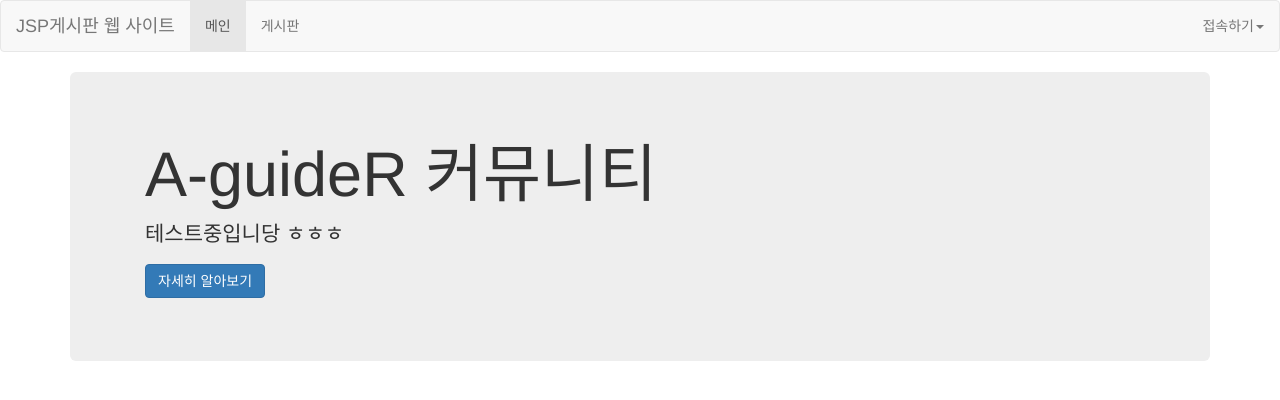
Repository: endol007/TripPuzzle
Page: http://localhost/BBS/main.jsp
An editor plug-in stored every save of this project. The page is shown before and after the next save, followed by the edit.
The browser window is 1280 px wide. The pictures show the whole page.
Some web libraries are served in a nearby version. The page is served by Tomcat 9. Other server files are loaded and not shown.

Above is the page before, as saved 2019-08-21 09:19:14.

### Yun/JSP 커뮤니티/Project/BBS/WebContent/main.jsp
<%@ page language="java"
contentType="text/html; charset=UTF-8" pageEncoding="UTF-8"%>
<%@ page import="java.io.PrintWriter" %>
<!DOCTYPE html>
<html>
<head>
<meta charset="UTF-8">
<meta name="viewport" content="width=device-width", initial-scale="1">
<link rel="stylesheet" href="css/bootstrap.css">
<title>로그인</title>
</head>
<body>
<%
String userID = null;
if(session.getAttribute("userID")!=null){
	userID = (String) session.getAttribute("userID");
}

%>
<nav class="navbar navbar-default">
<div class="navbar-header">
<button type="button" class="navbar-toggle collapsed"
data-toggle="collapse" data-target="#bs-example-navbar-collapse-1"
aria-expanded="false">
<span class="icon-bar"></span>
<span class="icon-bar"></span>
<span class="icon-bar"></span>
</button>
<a class="navbar-brand" href="main.jsp">JSP게시판 웹 사이트</a>
</div>
<div class="collapse navbar-collapse" id="bs-example-navbar-collapse-1">
<ul class="nav navbar-nav">
<li class="active"><a href="main.jsp">메인</a></li>
<li><a href="bbs.jsp">게시판</a></li>
</ul>
<%
	if(userID==null){
		%>
		<ul class="nav navbar-nav navbar-right">
<li class="dropdown">
<a href="#" class="dropdown-toggle"
data-toggle="dropdown" role="button" aria-haspopup="true"
aria-expanded="false">접속하기<span class="caret"></span></a>
<ul class="dropdown-menu">
<li><a href="login.jsp">로그인</a></li>
<li><a href="join.jsp">회원가입</a></li>
</ul>
</li></ul>
		<%
	} else{
		%>
		<ul class="nav navbar-nav navbar-right">
<li class="dropdown">
<a href="#" class="dropdown-toggle"
data-toggle="dropdown" role="button" aria-haspopup="true"
aria-expanded="false">회원관리<span class="caret"></span></a>
<ul class="dropdown-menu">
<li><a href="logoutAction.jsp">로그아웃</a></li>
</ul>
</li></ul>
		<%
	}
%>

</div>
</nav>
<div class="container">
<div class="jumbotron">
<div class="container">
<h1>A-guideR 커뮤니티</h1>
<p>테스트중입니당 ㅎㅎㅎ</p>
<p><a class="btn btn-primary btn-pull" href="#" role="button">자세히 알아보기</a></p>
</div>
</div>
</div>
<script src="http://code.jquery.com/jquery-3.1.1.min.js"></script>
<script src=js/bootstrap.js></script>

</body>
</html>

Loaded but not shown: Yun/JSP 커뮤니티/Project/BBS/WebContent/css/bootstrap.css (library); Yun/JSP 커뮤니티/Project/BBS/WebContent/js/bootstrap.js (library)

After the next save:
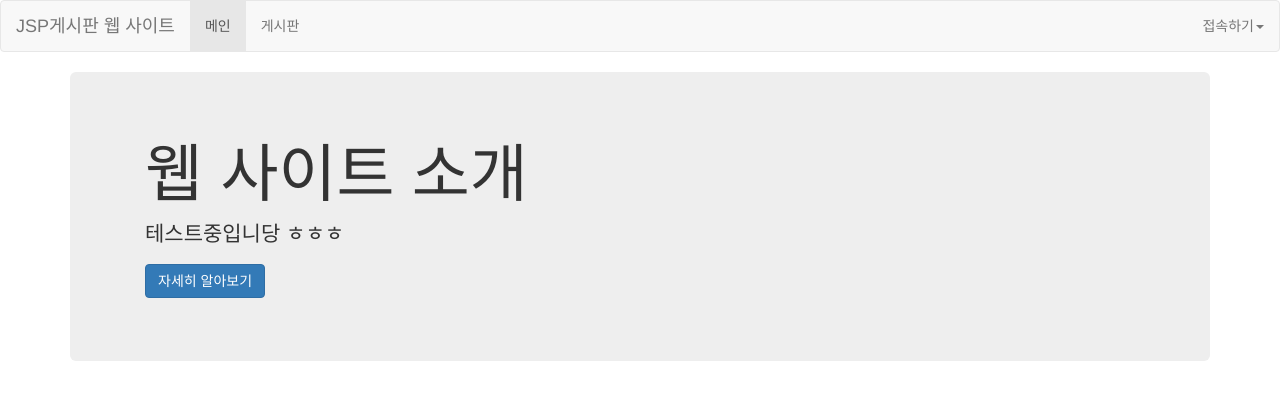
Saved 56 s later.
--- a/Yun/JSP 커뮤니티/Project/BBS/WebContent/main.jsp
+++ b/Yun/JSP 커뮤니티/Project/BBS/WebContent/main.jsp
@@ -67,7 +67,7 @@
 <div class="container">
 <div class="jumbotron">
 <div class="container">
-<h1>A-guideR 커뮤니티</h1>
+<h1>웹 사이트 소개</h1>
 <p>테스트중입니당 ㅎㅎㅎ</p>
 <p><a class="btn btn-primary btn-pull" href="#" role="button">자세히 알아보기</a></p>
 </div>
